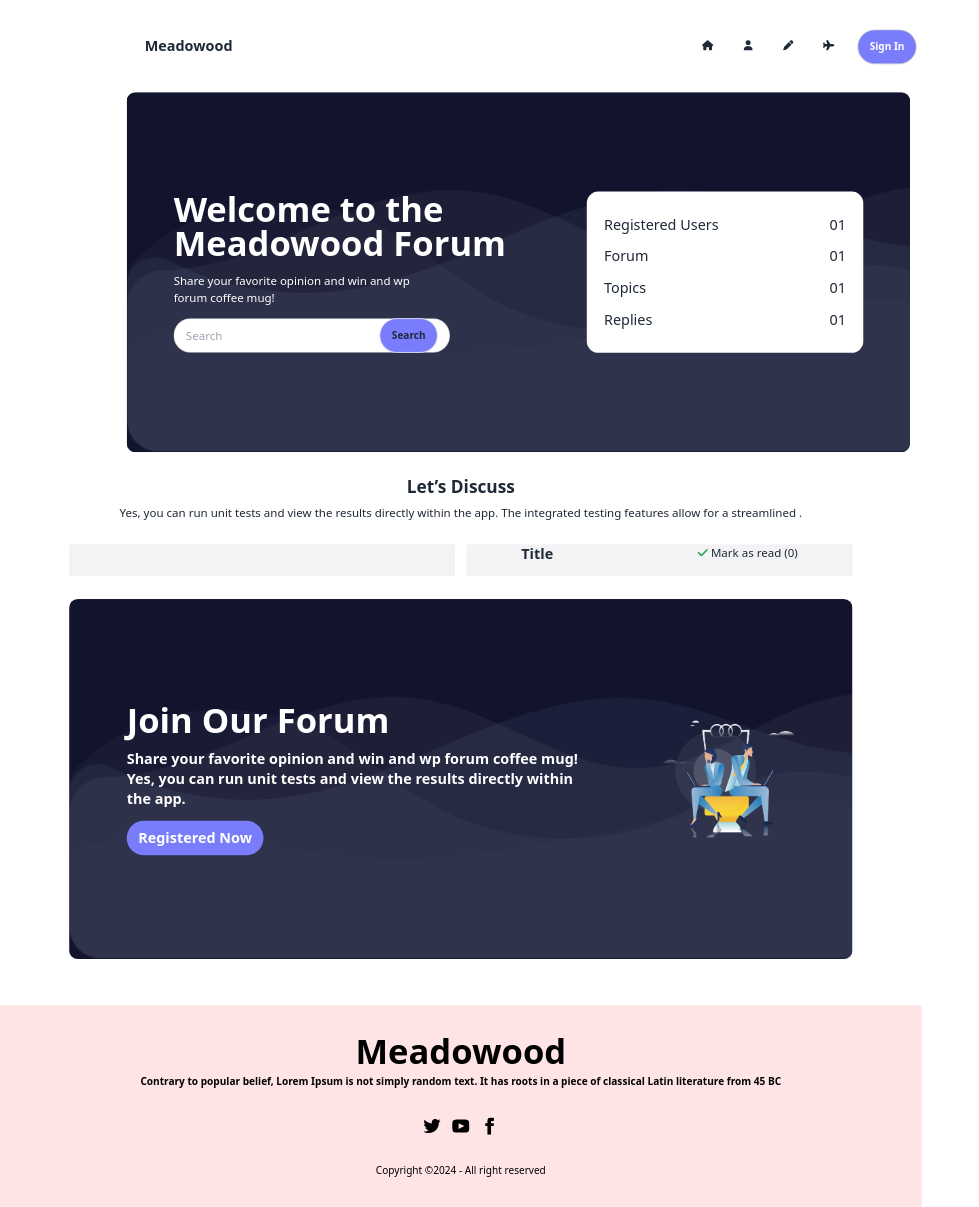
Repository: RudrasahaDibos/Meadowood-Forum
Page: index.html
An editor plug-in stored every save of this project. The page is shown before and after the next save, followed by the edit.
The browser window is 1280 px wide. The page is 1360 px wide, then 1344 px, so the pictures cover 1360 px, including what lies to the right of the window. The pictures show the whole page, at 72% of full size.
The page's requests for data from a server got no answer. Some web libraries are served in a nearby version.

Above is the page before, as saved 2024-11-25 11:53:22.

After the next save:
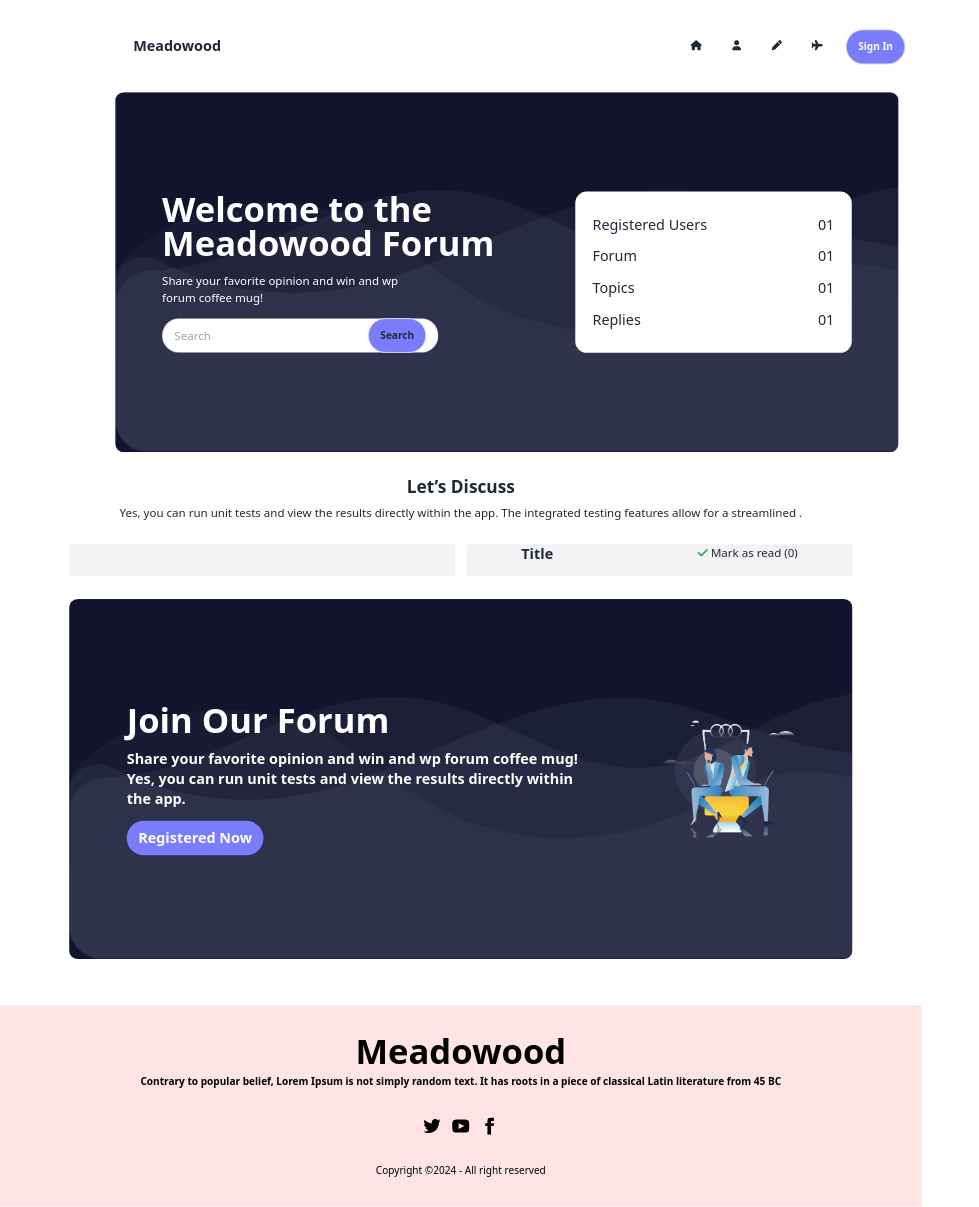
Saved 12 s later.
--- a/index.html
+++ b/index.html
@@ -20,7 +20,7 @@
     </head>
     <body >
         <!-- header is start here  -->
-        <header class="mt-8 container mx-auto lg:px-24 ml-20 ">
+        <header class="mt-8 container mx-auto lg:px-24 ml-16 ">
             <!-- navbar is start here  -->
             <div class="navbar bg-base-100">
                 <div class="flex-1">
